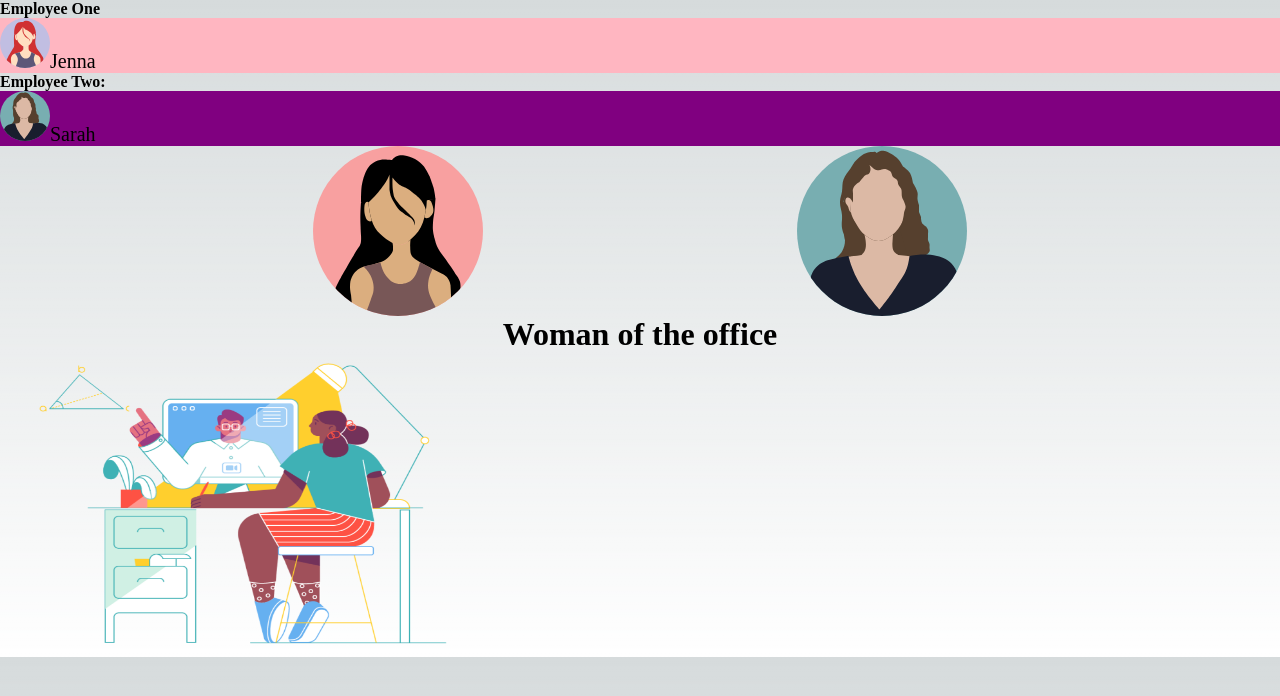
Repository: bguemos/week3example
Page: /About
An editor plug-in stored every save of this project. The page is shown before and after the next save, followed by the edit.
The browser window is 1280 px wide. The pictures show the whole page.
The project was rebuilt for these pictures with package versions that can differ from the ones it lists, and the page was loaded fresh each time. The framework's server and built-in components were replaced by stand-ins that run in the browser. Also part of the build but not shown: next.config.js.

Above is the page before, as saved 2023-01-23 13:42:07.

### pages/About.js
import Head from 'next/head'
import Image from 'next/image'
import { Inter } from '@next/font/google'
import styles from '@/styles/info.module.css'
import data from '../data/employee.json'
import { useState } from 'react'
import CardEmployee from '../components/CardEmployee'
import Link from 'next/link'


export default function About() {
    const [information, setInformation] = useState([...data])
     console.log(data);
  return (
    <>

        <main className={styles.background}>
        <code className={styles.code}></code>

        <div className={styles.grid}>
            <b> Employee One </b>
                {information && information.map((info, index) => {
                if (info.position === "manager") {
                    return (
                        <div key={index}>
                            <CardEmployee employeeName={info.name} colour="lightPink" font="20px" />
                        </div>
                    )}
                })}
            <b> Employee Two:</b>
                {information && information.map((info, index) => {
                if (info.position === "ceo") {
                    return (
                        <div key={index}>
                            <CardEmployee employeeName={info.name} colour="purple" font="20px" />
                        </div>
                    )}
                })}
        </div>
        <div className={styles.images}>
            <img
            src="/assets/woman5.svg"
            alt="logo"

         />
         <img
         src="/assets/woman2.svg"
         alt="pic"
        />
        </div>
        <h1 className={styles.header}> Woman of the office</h1>

        </main>
        <img
        src="/assets/office.png"
        alt="office"
        height={300}
        width={500}

        />
    </>
  )
}

### styles/info.module.css
.images{
    justify-content: space-evenly;
    display: flex;
    flex-direction: row;

}
.header{
  display: flex;
  flex-direction: row;
  justify-content: space-around;
}

### data/employee.json
[
    {
        "name": "Jenna",
        "position": "manager",
        "department":"corporate",
        "yearsWorked": 4
    },
    {
        "name": "Natalie",
        "position": "general manager",
        "department":"corporate",
        "yearsWorked": 15

    },
    {
        "name":"Sarah",
        "position": "ceo",
        "department":"corporate",
        "yearsWorked": 20
    }


]

### components/CardEmployee/index.js
export default function CardEmployee({
    employeeName= "none",
    colour= "orange",
    font = "0",
    image = "Woman3.svg"
}) {
    return(
        <div style={{backgroundColor: colour, fontSize:font}}>
         {
            colour === "lightPink" ? <img src={'/assets/Womanred.svg'} width="50"/> :

            colour === "purple" ? <img src={'/assets/Woman2.svg'} width="50"/>:
                                  <img src={image} width="50" />
         }
        {employeeName}
        </div>
    )
}

Loaded but not shown: pages/_app.js (common file); pages/_document.js (common file); styles/globals.css (common file)

After the next save:
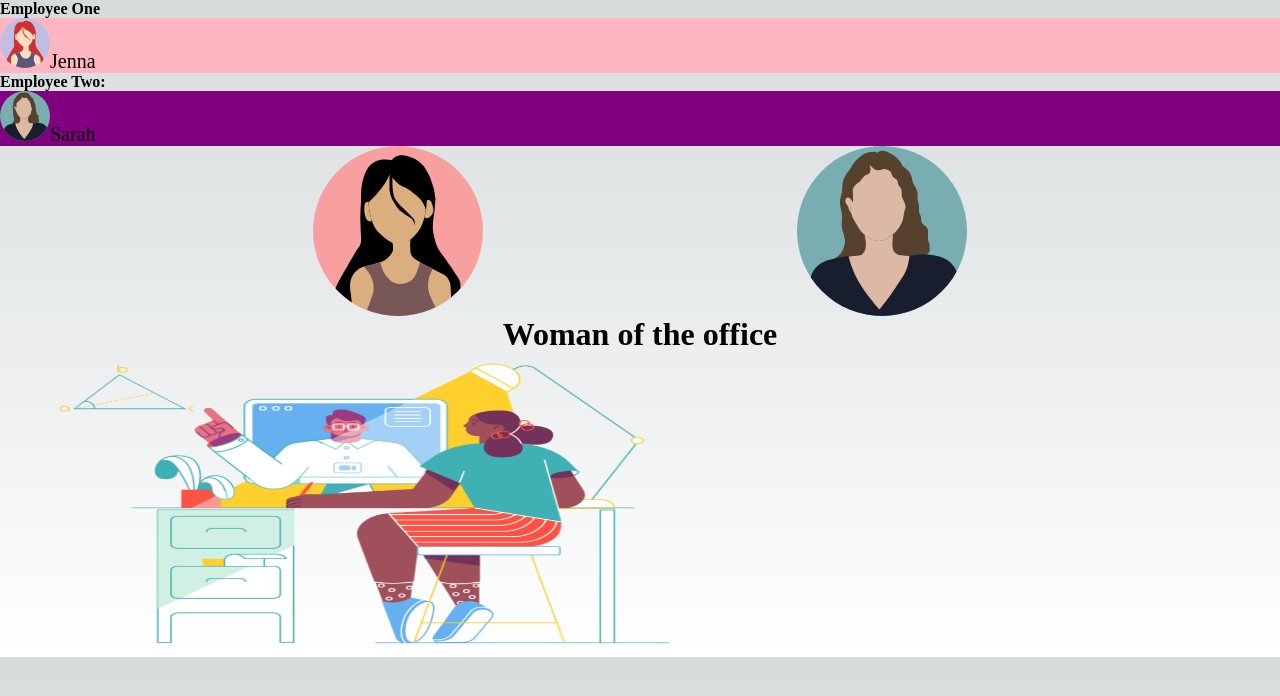
Saved 9 s later.
--- a/pages/About.js
+++ b/pages/About.js
@@ -55,7 +55,7 @@ export default function About() {
         src="/assets/office.png"
         alt="office"
         height={300}
-        width={500}
+        width={750}
 
         />
     </>
